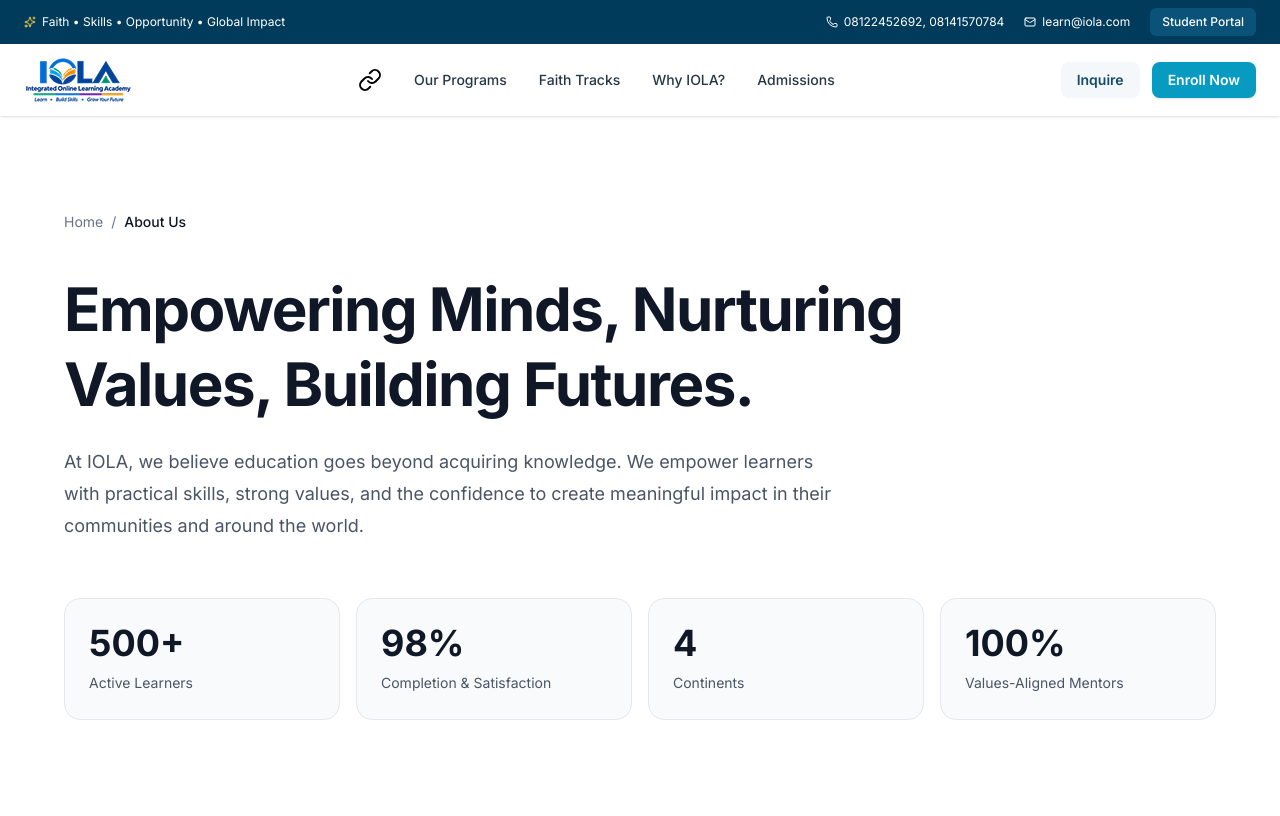
Repository: segunrotini/iola
Page: /about
These files come from the project's save history. The page is drawn as it stood at one moment and after the next save; the edit follows.
The browser window is 1280 px wide. The pictures show the whole page.
The project was rebuilt for these pictures with package versions that can differ from the ones it lists, and the page was loaded fresh each time. Also part of the build but not shown: vite.config.ts, src/components/home/Hero-section.tsx, src/components/home/WhyChooseUs.tsx, src/components/home/Programs.tsx, src/components/home/Testimonials.tsx, src/components/home/LearningProcess.tsx, src/components/home/AdmissionSection.tsx, src/components/home/Footer.tsx and 1 more.

Above is the page before, as saved 2026-10-07 13:49:38.

After the next save:
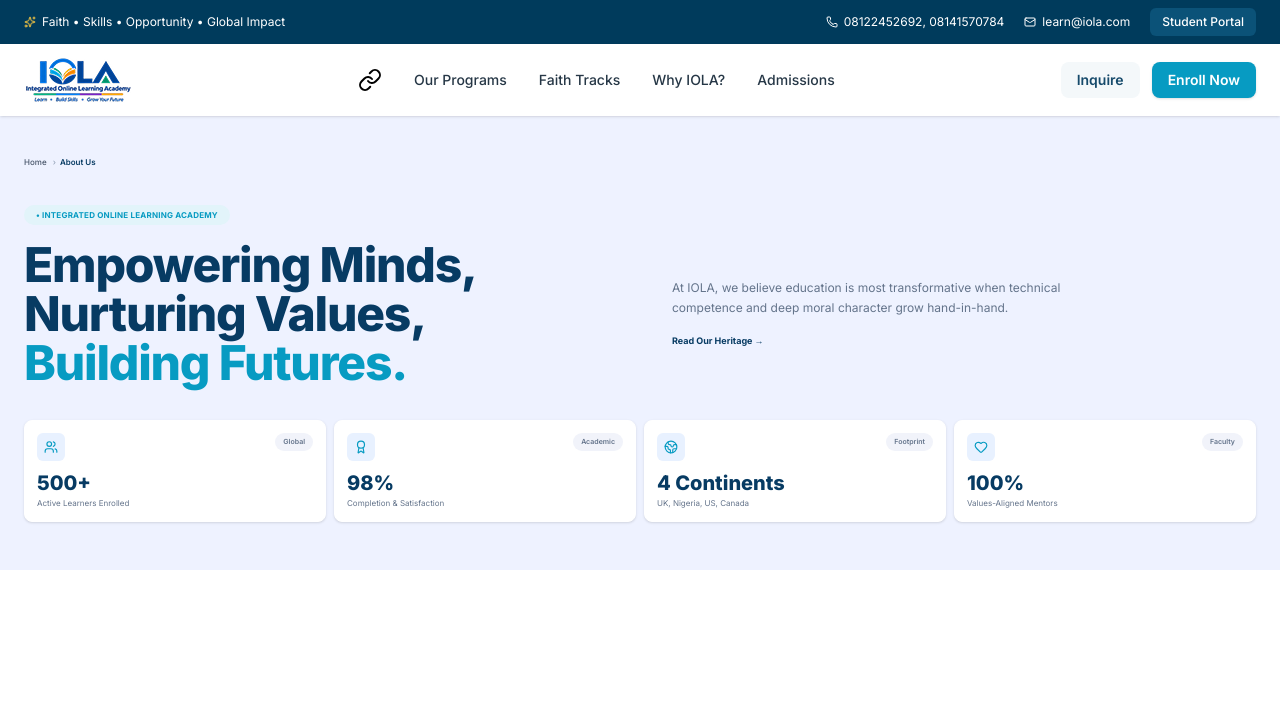
Saved 8 min 37 s later.
--- a/src/components/home/Abouthero.tsx
+++ b/src/components/home/Abouthero.tsx
@@ -1,17 +1,32 @@
+import {
+  Award,
+  Globe2,
+  Heart,
+  Users,
+} from "lucide-react";
+
 const stats = [
   {
+    icon: Users,
+    badge: "Global",
     value: "500+",
-    label: "Active Learners",
+    label: "Active Learners Enrolled",
   },
   {
+    icon: Award,
+    badge: "Academic",
     value: "98%",
     label: "Completion & Satisfaction",
   },
   {
-    value: "4",
-    label: "Continents",
+    icon: Globe2,
+    badge: "Footprint",
+    value: "4 Continents",
+    label: "UK, Nigeria, US, Canada",
   },
   {
+    icon: Heart,
+    badge: "Faculty",
     value: "100%",
     label: "Values-Aligned Mentors",
   },
@@ -19,42 +34,73 @@
 
 function AboutHero() {
   return (
-    <section id="about" className="bg-white px-6 py-16 md:px-10 lg:px-16 lg:py-24">
-      <div className="mx-auto max-w-7xl">
-        <div className="mb-10 flex items-center gap-2 text-sm text-gray-500">
-          <span>Home</span>
-          <span>/</span>
-          <span className="font-medium text-gray-900">About Us</span>
+    <section className="bg-[#EEF2FF]">
+      <div className="mx-auto max-w-7xl px-4 pb-10 pt-8 sm:px-6 sm:pb-12 sm:pt-10">
+        <div className="text-[8px] font-medium text-[#475569]">
+          Home <span className="mx-1 text-[#94A3B8]">›</span>
+          <span className="font-semibold text-[#073B63]">About Us</span>
         </div>
 
-        <div className="max-w-4xl">
-          <h1 className="text-4xl font-bold leading-tight tracking-tight text-gray-900 md:text-5xl lg:text-6xl">
-            Empowering Minds, Nurturing Values, Building Futures.
-          </h1>
+        <div className="mt-8 grid items-center gap-8 lg:grid-cols-2 lg:gap-16">
+          <div>
+            <span className="inline-flex items-center rounded-full bg-[#E2F4FA] px-3 py-1 text-[8px] font-bold uppercase tracking-wide text-[#079BC2]">
+              • Integrated Online Learning Academy
+            </span>
 
-          <p className="mt-6 max-w-3xl text-base leading-8 text-gray-600 md:text-lg">
-            At IOLA, we believe education goes beyond acquiring knowledge. We
-            empower learners with practical skills, strong values, and the
-            confidence to create meaningful impact in their communities and
-            around the world.
-          </p>
+            <h1 className="mt-4 max-w-xl text-4xl font-extrabold leading-[1.02] tracking-tight text-[#073B63] sm:text-5xl">
+              Empowering Minds,
+              <br />
+              Nurturing Values,
+              <br />
+              <span className="text-[#079BC2]">Building Futures.</span>
+            </h1>
+          </div>
+
+          <div className="lg:pt-10">
+            <p className="max-w-md text-[10px] leading-5 text-[#64748B] sm:text-xs">
+              At IOLA, we believe education is most transformative when
+              technical competence and deep moral character grow
+              hand-in-hand.
+            </p>
+
+            <a
+              href="#heritage"
+              className="mt-4 inline-flex text-[9px] font-bold text-[#073B63] transition hover:text-[#079BC2]"
+            >
+              Read Our Heritage →
+            </a>
+          </div>
         </div>
 
-        <div className="mt-14 grid grid-cols-1 gap-4 sm:grid-cols-2 lg:grid-cols-4">
-          {stats.map((stat) => (
-            <div
-              key={stat.label}
-              className="rounded-2xl border border-gray-200 bg-gray-50 p-6"
-            >
-              <h2 className="text-3xl font-bold text-gray-900 md:text-4xl">
-                {stat.value}
-              </h2>
+        <div className="mt-8 grid gap-2 sm:grid-cols-2 lg:grid-cols-4">
+          {stats.map((stat) => {
+            const Icon = stat.icon;
 
-              <p className="mt-2 text-sm leading-6 text-gray-600">
-                {stat.label}
-              </p>
-            </div>
-          ))}
+            return (
+              <div
+                key={stat.value}
+                className="rounded-lg border border-white bg-white p-3 shadow-sm"
+              >
+                <div className="flex items-start justify-between">
+                  <div className="flex h-7 w-7 items-center justify-center rounded-md bg-[#E8F1FF]">
+                    <Icon size={14} className="text-[#079BC2]" />
+                  </div>
+
+                  <span className="rounded-full bg-[#F1F3FA] px-2 py-1 text-[7px] font-semibold text-[#64748B]">
+                    {stat.badge}
+                  </span>
+                </div>
+
+                <p className="mt-3 text-xl font-extrabold leading-none text-[#073B63]">
+                  {stat.value}
+                </p>
+
+                <p className="mt-1 text-[8px] text-[#64748B]">
+                  {stat.label}
+                </p>
+              </div>
+            );
+          })}
         </div>
       </div>
     </section>
